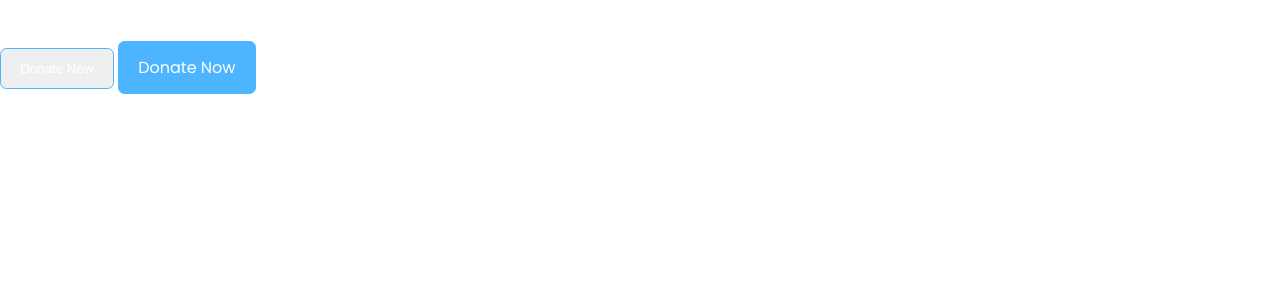
Repository: mdrubel02/donate-website
Page: index.html
The author's editor kept a copy of each file at every save. The page is drawn from the files as they stood at one save, then again after the next save.
The browser window is 1280 px wide. The pictures show the whole page.

Above is the page before, as saved 2022-07-06 11:09:08.

### index.html
<!DOCTYPE html>
<html lang="en">
<head>
    <meta charset="UTF-8">
    <meta http-equiv="X-UA-Compatible" content="IE=edge">
    <meta name="viewport" content="width=device-width, initial-scale=1.0">
    <title>Our Donate Website</title>
    <link rel="stylesheet" href="./index.css">
</head>
<body>
    <section class="top-banner">
        <div class="banner-section">
            <h1>hello banner</h1>
            <button class="btn">Donate Now</button>
            <a href="" class="btn btn-primary">Donate Now</a>
        </div>
    </section>
</body>
</html>

### index.css
/* =====GOOGLE FONTS====== */
@import url('https://fonts.googleapis.com/css2?family=Poppins:wght@300;400;500;600&display=swap');

/* =====COMMON STYLES====== */
* {
    margin: 0;
    padding: 0;
    border: 0;
    outline: 0;
    list-style: none;
    text-decoration: none;
}

body {
    font-family: 'Poppins', sans-serif;
    /* background: #1f1f38; */
    color: #fff;
    line-height: 1.7;
}

h1,
h2,
h3,
h4,
h5,
h6 {
    font-weight: 500;
}

img {
    display: block;
    width: 100%;
    object-fit: cover;
}

.container {
    max-width: 1200px;
    margin: 0 auto;
    padding: 0 30px;
    margin-top: 10%;
    margin-bottom: 10%;
    box-sizing: border-box;
}

a {
    color: #fff;
    transition: all 400ms ease;
}

a:hover {
    color: #fff;
}

.btn {
    text-align: center;
    width: max-content;
    display: inline-block;
    color:#fff;
    padding: 0.75rem 1.2rem;
    border-radius: 0.4rem;
    border: 1px solid #4db5ff;
    cursor: pointer;
    transition: all 400ms ease;
}

.btn:hover {
    background: #fff;
    color: #4db5ff;
    border: 1px solid #4db5ff;
}

.btn-primary {
    background: #4db5ff;
    color: #fff;
}

After the next save:
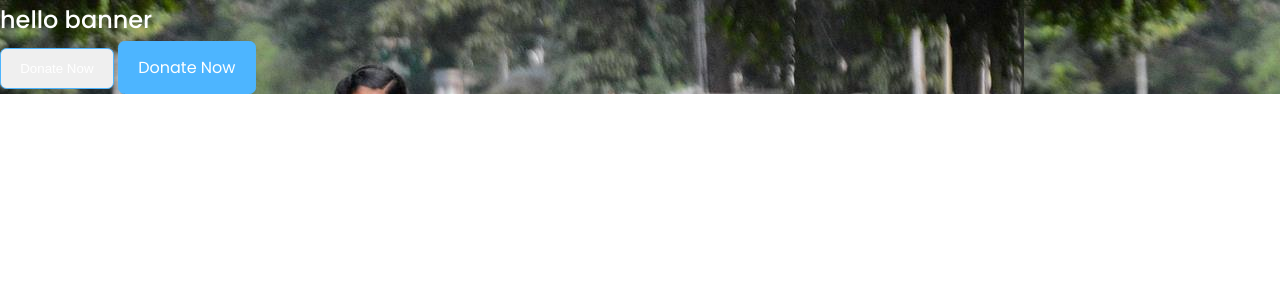
Saved 116 s later.
--- a/index.css
+++ b/index.css
@@ -73,3 +73,10 @@ a:hover {
     background: #4db5ff;
     color: #fff;
 }
+
+
+/* ========BANNER SECTION STYLE======== */
+
+.top-banner{
+    background-image: url(./images/donation4.jpg);
+}
